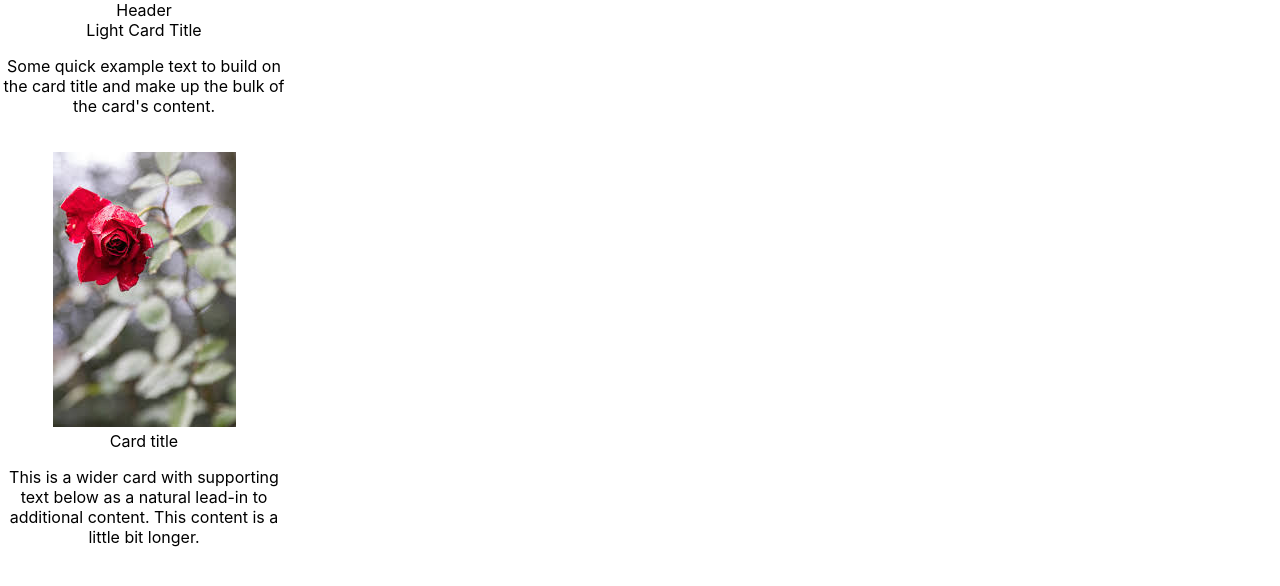
Repository: vakharia5/Preview
Page: /
The author's editor kept a copy of each file at every save. The page is drawn from the files as they stood at one save, then again after the next save.
The browser window is 1280 px wide. The pictures show the whole page.
The project was rebuilt for these pictures with package versions that can differ from the ones it lists, and the page was loaded fresh each time.

Above is the page before, as saved 2020-06-22 13:09:03.

### src/App.js
import React from 'react';
import logo from './logo.svg';
import './App.css';
import CardList from './components/CardList';

function App() {
  return (
    <div className="App">
    <CardList/>

    </div>
  );
}

export default App;

### src/components/CardList.js
import React, { Component } from 'react'
import {Card} from 'react-bootstrap';
import img from '../assets/Images/download.jpg';

class CardList extends Component {
    render() {
        return (
   <div>


        <Card border="secondary" style={{ width: '18rem' }}>
          <Card.Header>Header</Card.Header>
          <Card.Body>
            <Card.Title>Light Card Title</Card.Title>
            <Card.Text>
              Some quick example text to build on the card title and make up the bulk
              of the card's content.
            </Card.Text>
          </Card.Body>
        </Card>
        <br />
        <Card  border="secondary" style={{ width: '18rem' ,height : '1rem'}}>
  <Card.Img src={img} alt="Card image" />
  <Card.ImgOverlay>
    <Card.Title>Card title</Card.Title>
    <Card.Text>
      This is a wider card with supporting text below as a natural lead-in to
      additional content. This content is a little bit longer.
    </Card.Text>
  </Card.ImgOverlay>
</Card>
      </div>
        )
        }
}
export default CardList

Loaded but not shown: src/index.js (common file); src/index.css (common file); src/serviceWorker.js (common file); src/App.css (common file)

After the next save:
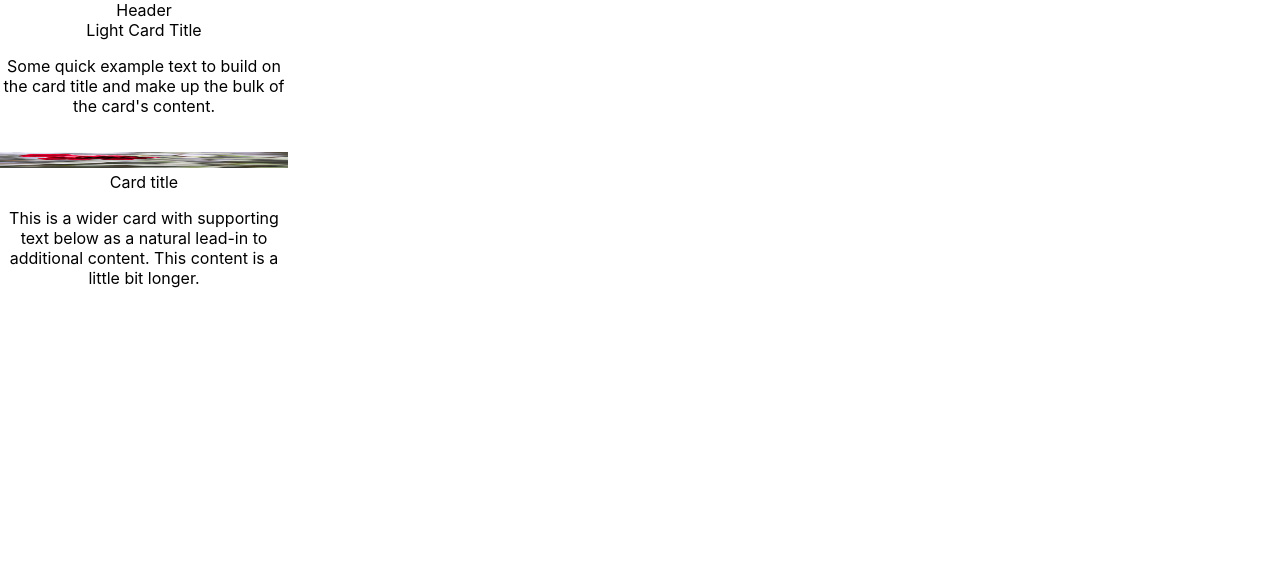
Saved 24 s later.
--- a/src/components/CardList.js
+++ b/src/components/CardList.js
@@ -20,7 +20,7 @@ class CardList extends Component {
         </Card>
         <br />
         <Card  border="secondary" style={{ width: '18rem' ,height : '1rem'}}>
-  <Card.Img src={img} alt="Card image" />
+  <Card.Img src={img} alt="Card image" style={{ width: '18rem' ,height : '1rem'}} />
   <Card.ImgOverlay>
     <Card.Title>Card title</Card.Title>
     <Card.Text>
